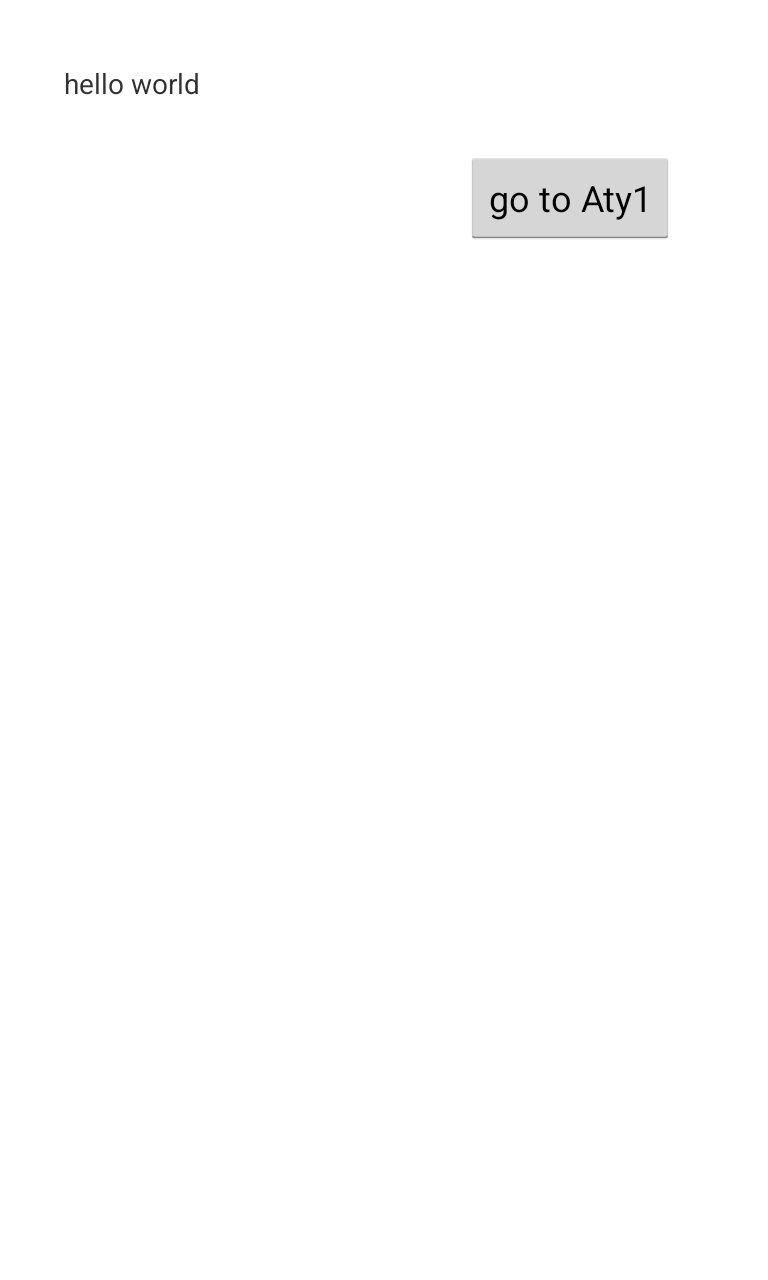
Repository: avenosu/android-coding-practice
Layout: Z001Activity/res/layout/activity_main.xml
These files come from the project's save history. The layout is drawn as it stood at one moment and after the next save; the edit follows.
It is drawn on a 768 x 1280 px phone screen (xhdpi) without system bars, with theme AppTheme; the app's code is not run.

Above is the layout before, as saved 2015-03-24 11:19:56.

After the next save:
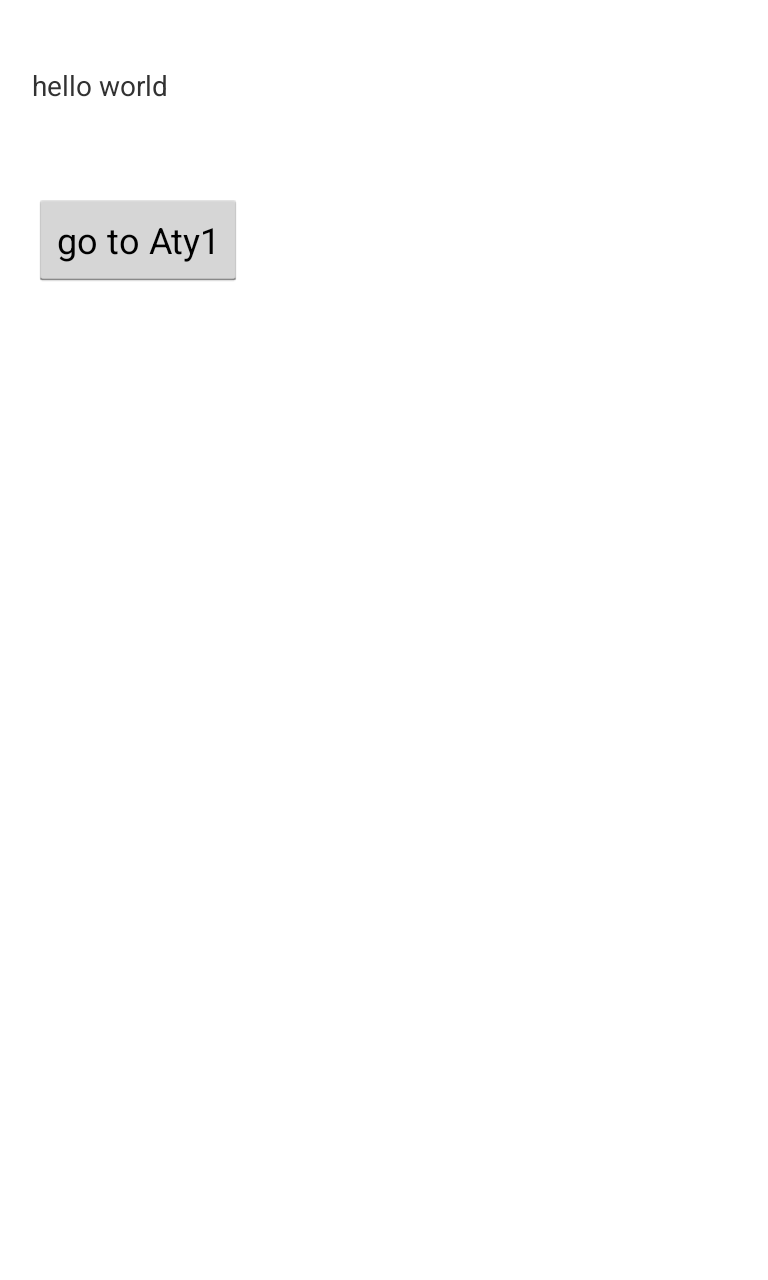
Saved 45 s later.
--- a/Z001Activity/res/layout/activity_main.xml
+++ b/Z001Activity/res/layout/activity_main.xml
@@ -8,24 +8,22 @@
     android:paddingTop="@dimen/activity_vertical_margin"
     tools:context="com.zzz.Z001Activity.MainActivity" >
 
-    <Button
-        android:id="@+id/mainactivity_button1_gotoaty1"
-        android:layout_width="wrap_content"
-        android:layout_height="wrap_content"
-        android:layout_alignParentRight="true"
-        android:layout_below="@+id/mainactivity_textView1"
-        android:layout_marginRight="30dp"
-        android:layout_marginTop="24dp"
-        android:text="go to Aty1" />
-
     <TextView
         android:id="@+id/mainactivity_textView1"
         android:layout_width="wrap_content"
         android:layout_height="wrap_content"
         android:layout_alignParentLeft="true"
         android:layout_alignParentTop="true"
-        android:layout_marginLeft="16dp"
-        android:layout_marginTop="16dp"
+        android:layout_marginTop="17dp"
         android:text="hello world" />
 
+    <Button
+        android:id="@+id/mainactivity_button1_gotoaty1"
+        android:layout_width="wrap_content"
+        android:layout_height="wrap_content"
+        android:layout_alignLeft="@+id/mainactivity_textView1"
+        android:layout_below="@+id/mainactivity_textView1"
+        android:layout_marginTop="44dp"
+        android:text="go to Aty1" />
+
 </RelativeLayout>
